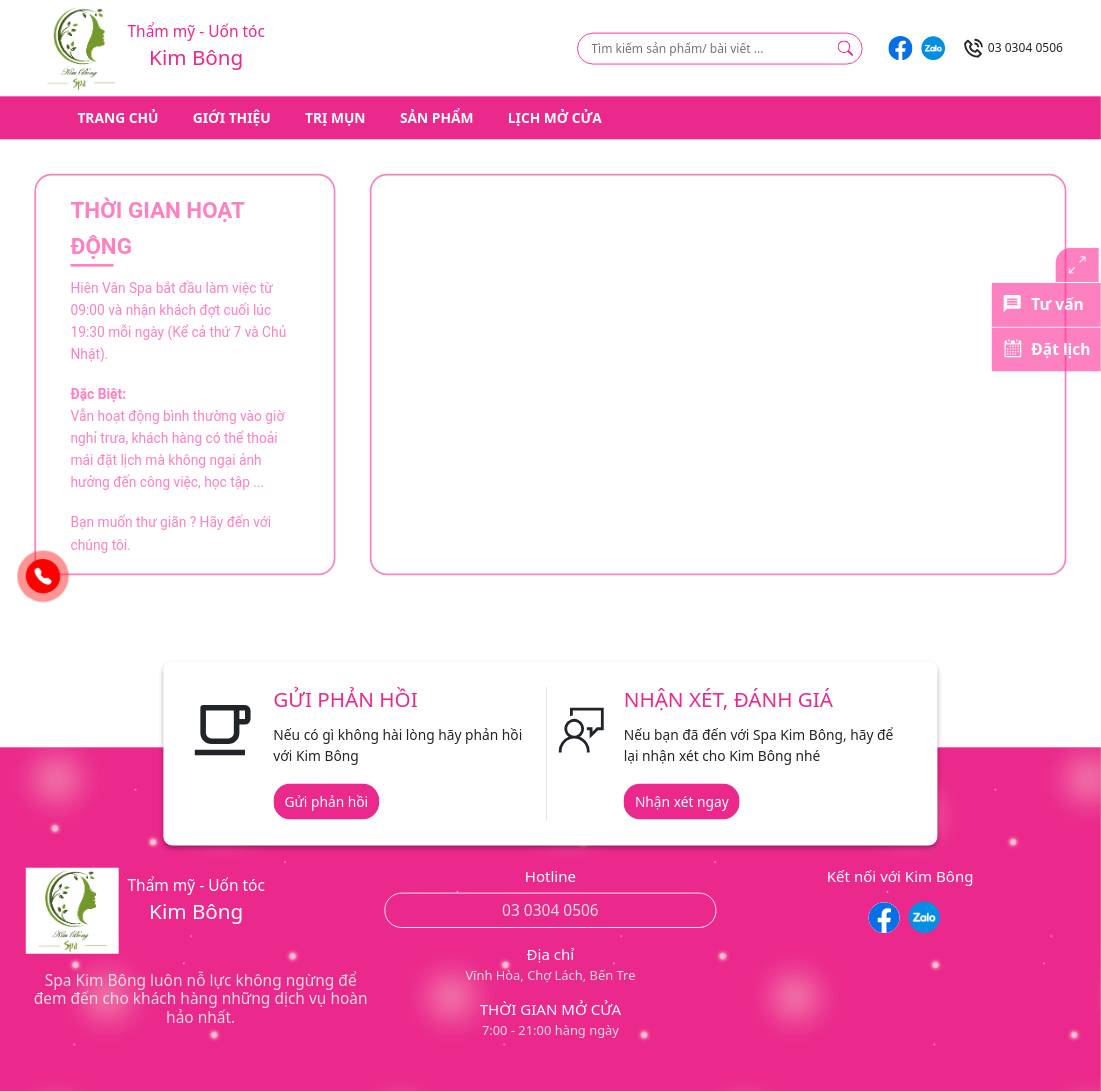
Repository: tranduykhuong/SpaKimBong
Page: /calendar
The author's editor kept a copy of each file at every save. The page is drawn from the files as they stood at one save, then again after the next save.
The browser window is 1280 px wide. The pictures show the whole page, at 86% of full size.
The project was rebuilt for these pictures with package versions that can differ from the ones it lists, and the page was loaded fresh each time. Also part of the build but not shown: src/components/Banner/banner.scss, src/components/Banner/Banner.js, src/pages/Home/home.scss, src/pages/Home/ListImage/listImage.scss, src/pages/Home/ListImage/ListImage.js, src/pages/Home/BookOnline/bookOnl.scss, src/pages/Home/BookOnline/Modal/ModalBook/modalbook.scss, src/pages/Home/BookOnline/Modal/ModalBook/modalbook.js and 24 more.

Above is the page before, as saved 2022-06-07 00:05:24.

After the next save:
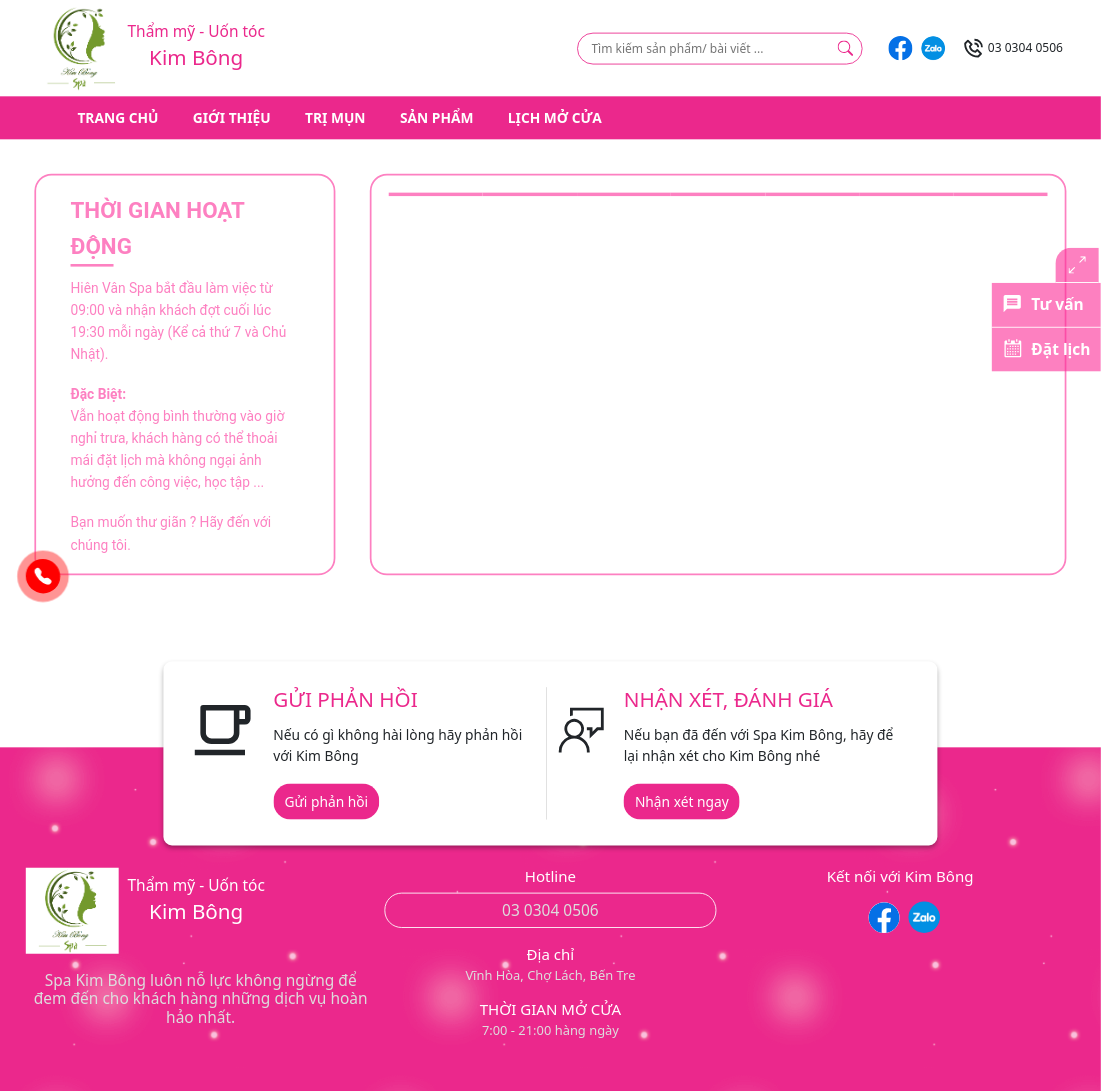
Saved 5 s later.
--- a/src/pages/Calendar/calendar.scss
+++ b/src/pages/Calendar/calendar.scss
@@ -61,7 +61,7 @@
           .calendar-box {
             width: 20%;
             height: 20%;
-            //border: solid 2px #fd80c1;
+            border: solid 2px #fd80c1;
           }
         }
       }
